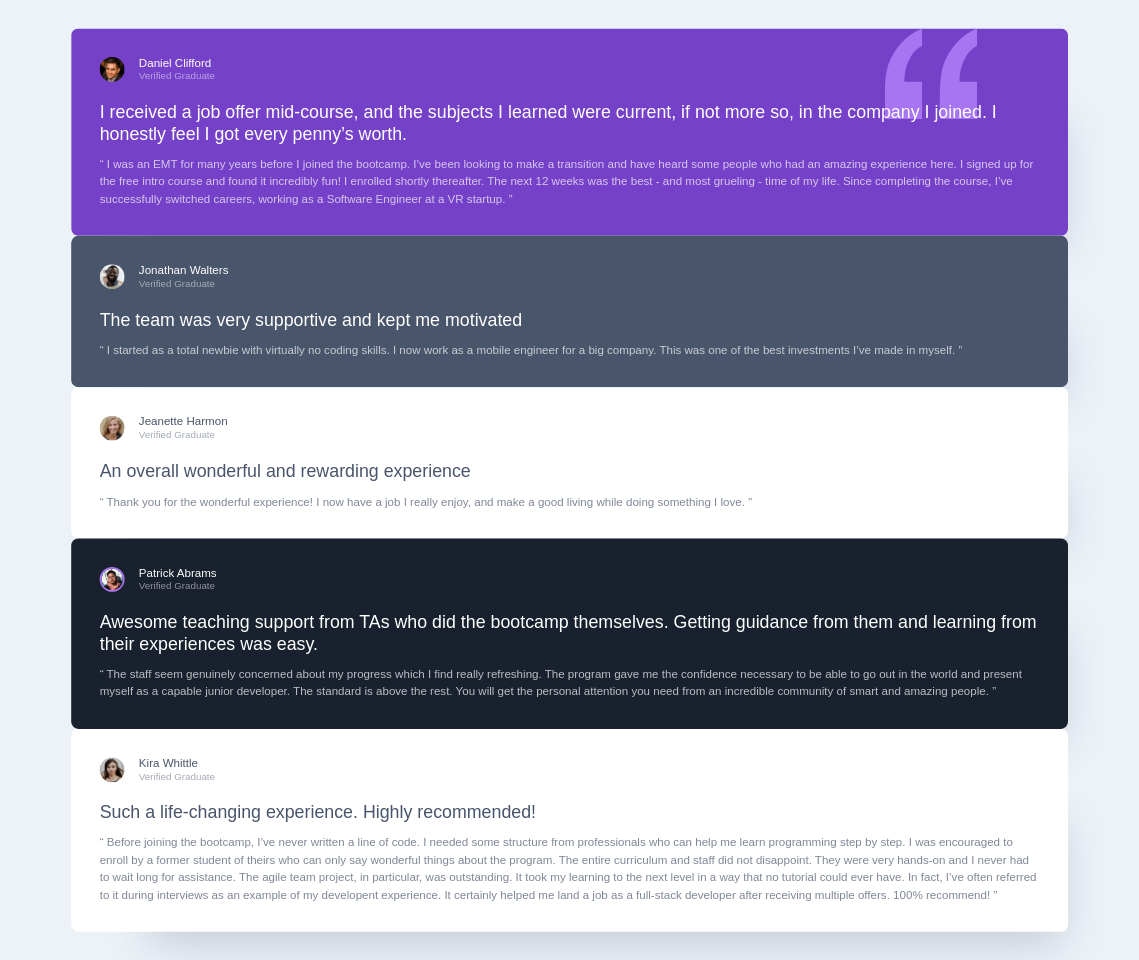
Repository: Imprasna/Grid_template
Page: index.html
These files come from the project's save history. The page is drawn as it stood at one moment and after the next save; the edit follows.
The browser window is 1280 px wide. The pictures show the whole page, at 89% of full size.

Above is the page before, as saved 2021-11-28 10:27:40.

After the next save:
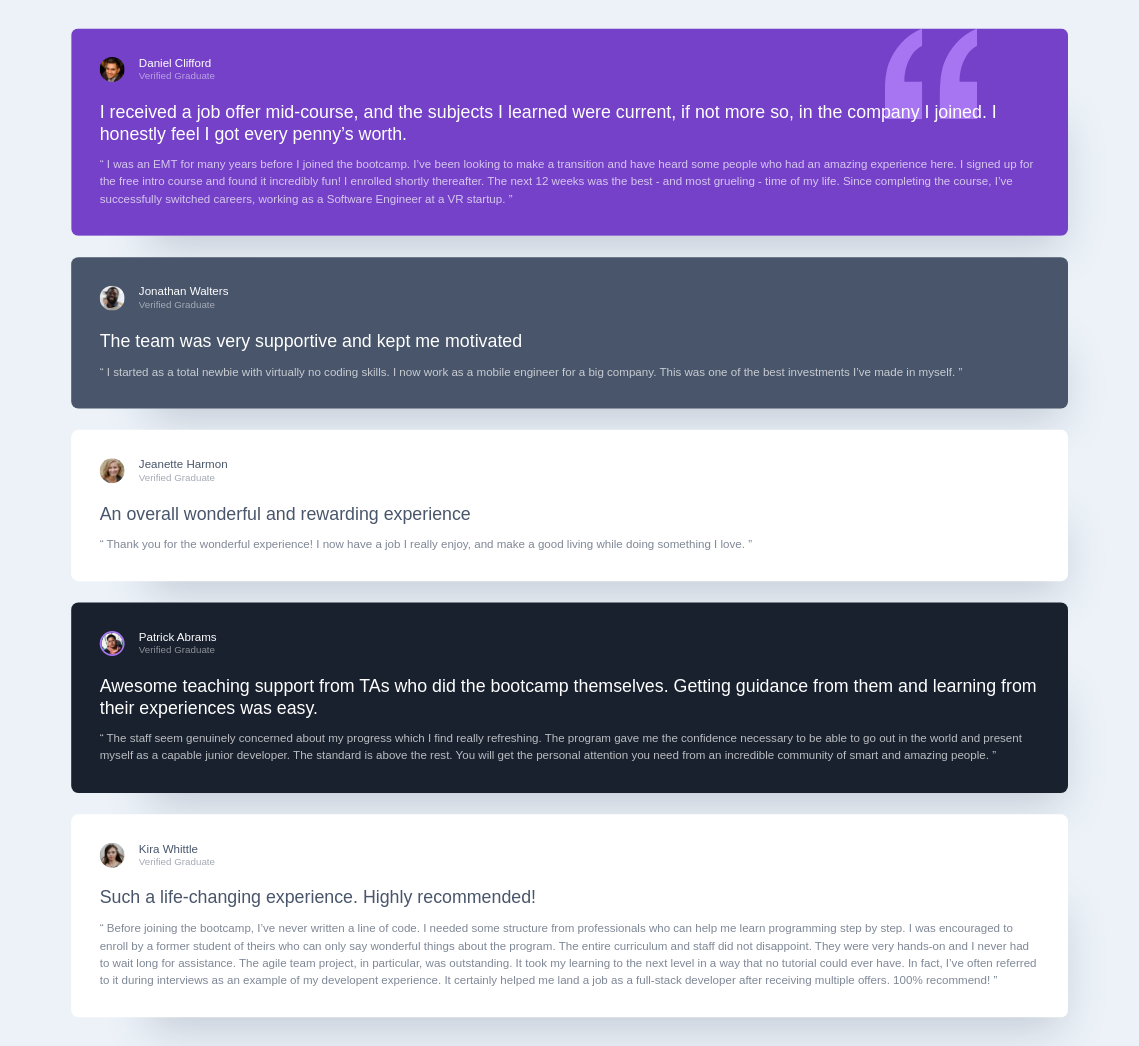
Saved 8 s later.
--- a/style.css
+++ b/style.css
@@ -149,6 +149,7 @@
     margin-inline: auto;
 
     display: grid;
+    gap: 1.5rem;
   }
 
   .testimonial {
